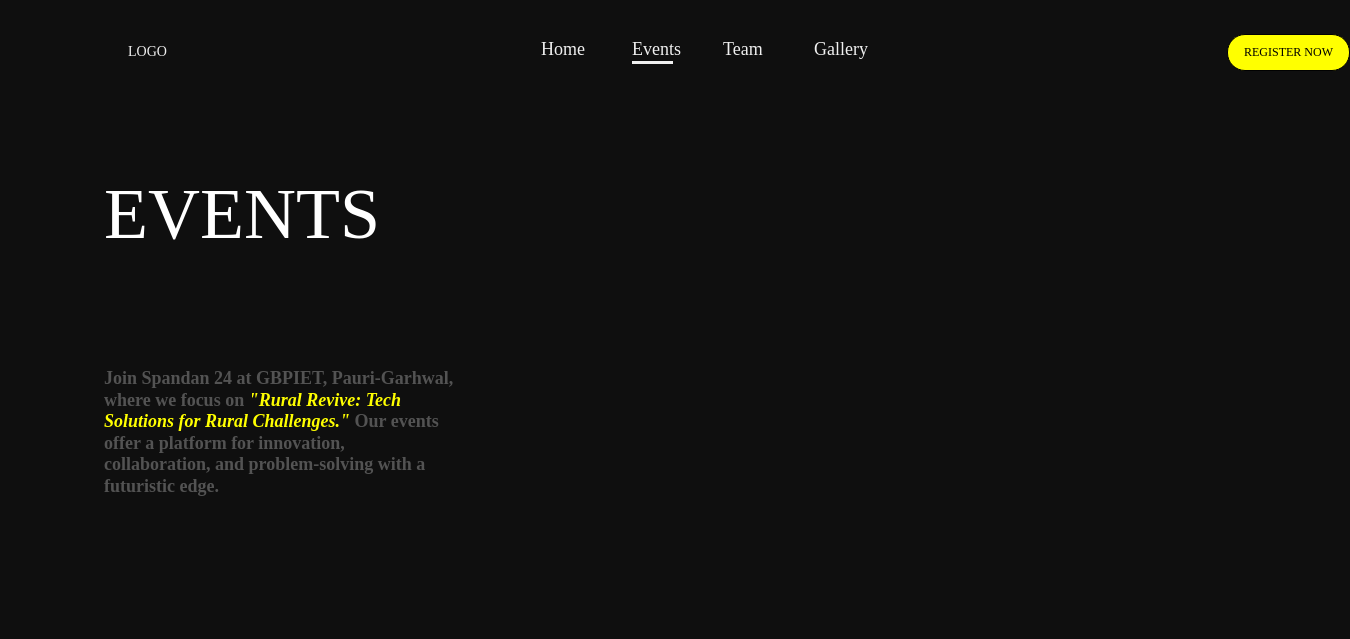
Repository: s4bbi/spandan-3.0
Page: /
An editor plug-in stored every save of this project. The page is shown before and after the next save, followed by the edit.
The browser window is 1280 px wide. The page is 1350 px wide, so the pictures cover 1350 px, including what lies to the right of the window. The pictures show the whole page.
The project was rebuilt for these pictures with package versions that can differ from the ones it lists, and the page was loaded fresh each time. Also part of the build but not shown: vite.config.js, src/pages/Events/Events.jsx.

Above is the page before, as saved 2024-11-02 02:51:39.

### src/App.jsx
import React from 'react'
import Navbar from './components/Navbar/Navbar'
import { Route, Routes } from 'react-router-dom'
import Home from  './pages/Home/Home'
import Events from  './pages/Events/Events'


const App = () => {
  return (
    <div className='app'>
      <Navbar/>
      { <Routes>
        <Route path="/" element={<Home />} />
        <Route path="Events" element={<Events />} />
      </Routes> }
    </div>
  )
}

export default App

### src/components/Navbar/Navbar.jsx
import React, {useState} from 'react'
import './Navbar.css'
// import {assets} from'../../assets/assets'
const Navbar = () => {

  const [menu,setMenu] = useState("Events");
  return (
    <div className='navbar'>
        <h1 className="logo">LOGO</h1>
        <ul className="navbar-menu">
            <li onClick={()=>setMenu("Home")} className={menu=="Home"?"active":""}>Home</li>
            <li onClick={()=>setMenu("Events")} className={menu=="Events"?"active":""}>Events</li>
            <li onClick={()=>setMenu("Team")} className={menu=="Team"?"active":""}>Team</li>
            <li onClick={()=>setMenu("Gallery")} className={menu=="Gallery"?"active":""}>Gallery</li>
        </ul>


        <button>REGISTER NOW</button>
     </div>

  )
}

export default Navbar

### src/pages/Home/Home.jsx
import React from 'react'
import HeroSection from '../../components/HeroSection/HeroSection'

const Home = () => {
  return (
    <div>
      {<HeroSection/>}
    </div>
  )
}

export default Home

### src/components/Navbar/Navbar.css
.navbar{
    width: 1222px;
    height: 37px;
    margin-top: 34px;
    margin-left: 128px;
    border-radius: 20px 0px 0px 0px;
    display: flex;
    justify-content: space-between;
    align-items: center;
}

.logo{
    width: 41px;
    height: 17px;
    font-family: Gilroy-Light;
    font-size: 14px;
    font-weight: 400;
    line-height: 16.8px;
    text-align: left;
    color:#F0F0F0;
   }

.navbar-menu{
    display:flex;
    list-style:none;
    gap:50px;
    color:#F0F0F0;
    ;
   }

.navbar button{
    background:transparent;
    font-size: 12px;
    background-color:#FFFF00;
    font-family: Gilroy-SemiBold;
    border: 1px solid #010101;
    ;
    padding: 10px 16px 10px 16px;
    border-radius: 18px 18px 18px 18px;
    cursor: pointer;}
    /* transition: 0.3s; */
    /* width: Hug (132px)px; */
 /* height: Hug (37px)px;
top: 34px;
left: 1218px;
padding: 10px 16px 10px 16px;
} */

  .navbar button:hover{
    background-color:#FFFFFF;
    color: #e74c3c;
    }

  /* .navbar .active{
    padding-bottom: 3px;
    border-bottom: 3px solid #49557e;
}   */

.navbar .active {
    padding-bottom: 3px;
    border-bottom: 3px solid #F0F0F0;}
.navbar li{
    cursor: pointer;
    width: 41px;
    height: 17px;
    font-family: Gilroy-SemiBold;
    font-size: 18px;
    font-weight: 400;
    line-height: 17.15px;
    text-align: left;
}

### src/components/HeroSection/HeroSection.jsx
import React from 'react'
import "./HeroSection.css";
import eventsHand from '../../assets/Images/eventsHand.webp';





const HeroSection = () => {
  return (
    <div className="hero">

      <div className="hero-text">
        <h1 className="hero-title">EVENTS</h1>
        <p className="hero-description">
          Join Spandan 24 at GBPIET, Pauri-Garhwal, where we focus on <span className="highlight">"Rural Revive: Tech Solutions for Rural Challenges."</span> Our events offer a platform for innovation, collaboration, and problem-solving with a futuristic edge.
        </p>
      </div>
      {/* <img src={eventsHand} alt="Robotic Hand" className="hero-image" /> */}

    </div>
  )
}

export default HeroSection

### src/components/HeroSection/HeroSection.css
.hero {
    display: flex;
    align-items: center;
    justify-content: space-between;
    margin-top: ;
    /* padding-top: 50px;
    max-width: 1200px;
    margin: 192px; */
  }

  .hero-text {
    /* width: 50%; */
    color: white;
    padding-left: 104px;
  }

  .hero-title {
    width: 339px;
    height: 87px;
    margin-top: 100px;
    font-family: Mooner;
    font-size: 72px;
    font-weight: 400;
    line-height: 87.19px;
   }

  .hero-description {
    width: 350px;
    height: 110px;
    padding-top: 110px;
    font-family: Exo 2;
    font-size: 18px;
    font-weight: 600;
    line-height: 21.6px;
    color: #ccc;
    color: #535353;

  }

  .highlight {
    color:#FFFF00;
    font-family: Exo 2;
    font-size: 18px;
    font-style: italic;
    font-weight: 600;
    line-height: 21.6px;

  }

  .hero-image {
    width: 897.55px;
    height: 897.55px;
    /* top: -108px; */
    margin-left: 1382.97px;
}

### public/style.css
*{
    margin:0px;
    padding:0px;
}

body{
    background-color: #0f0f0f;
}

Loaded but not shown: index.html (common file); src/main.jsx (common file); src/pages/Events/Events.css (no stored copy; drawn as an empty file)

After the next save:
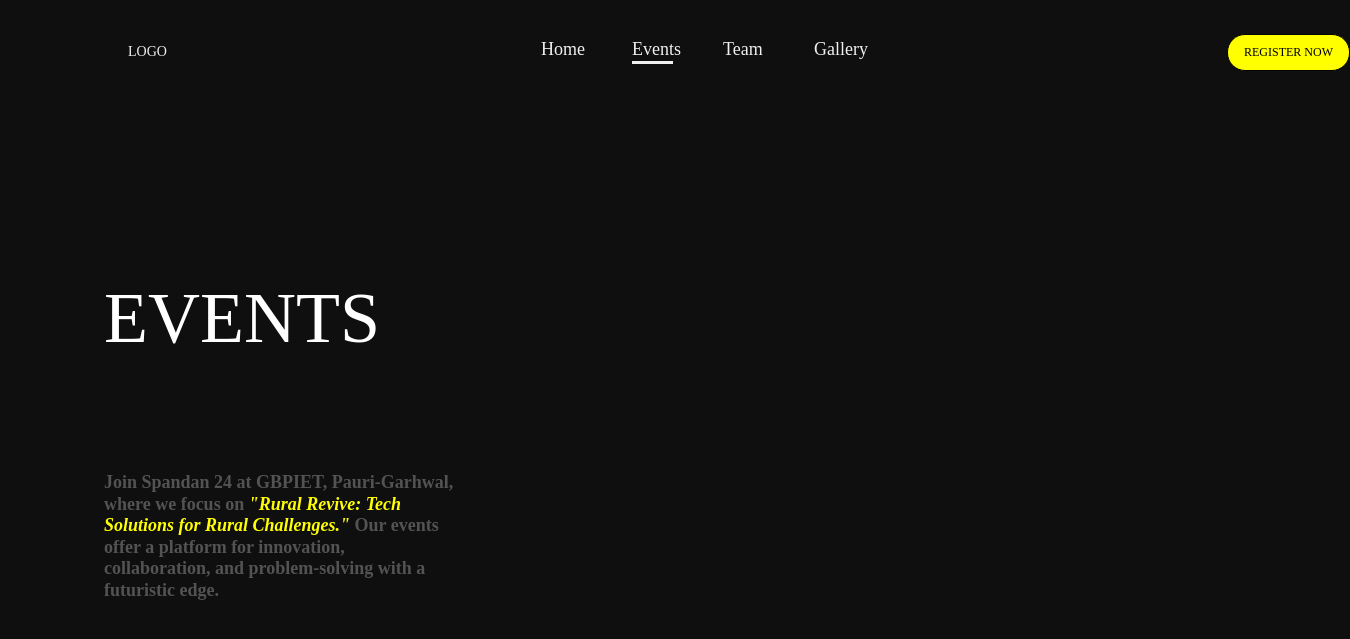
Saved 14 s later.
--- a/src/components/HeroSection/HeroSection.css
+++ b/src/components/HeroSection/HeroSection.css
@@ -2,7 +2,7 @@
     display: flex;
     align-items: center;
     justify-content: space-between;
-    margin-top: ;
+    margin-top: 104px;
     /* padding-top: 50px;
     max-width: 1200px;
     margin: 192px; */
